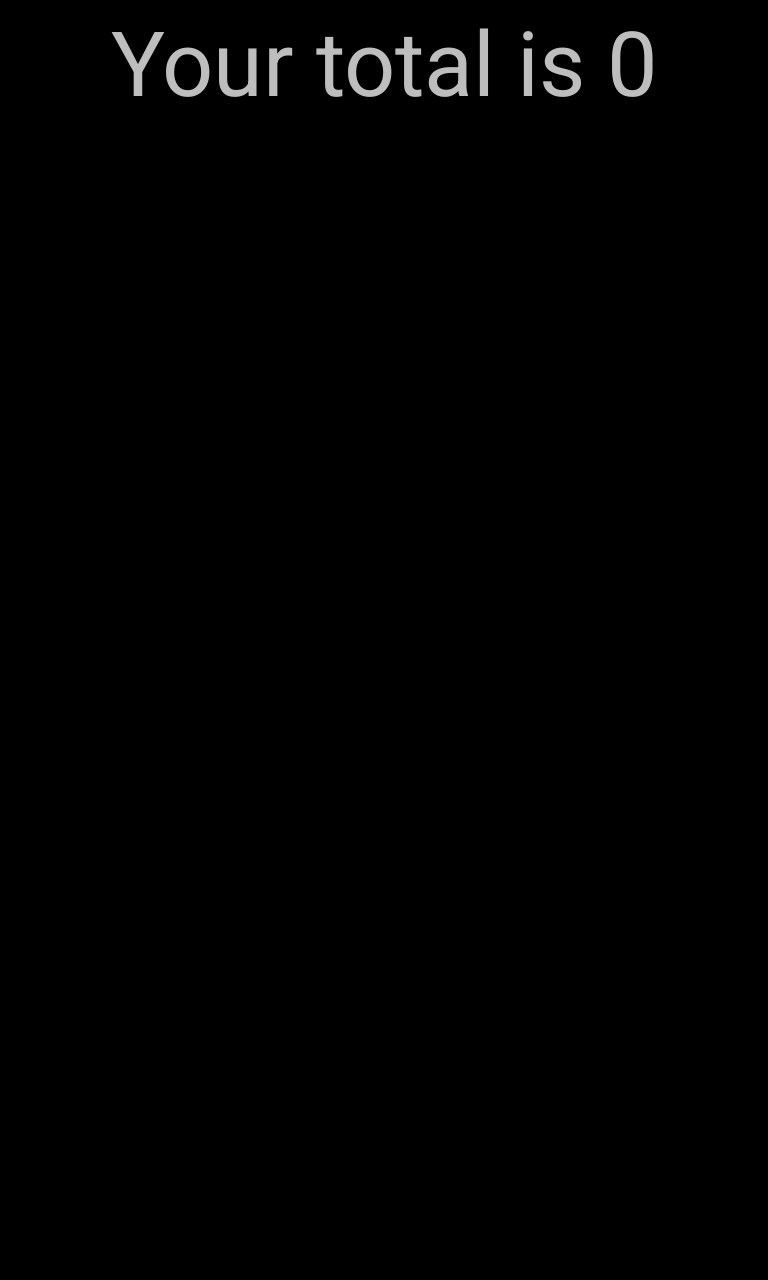
Repository: lcbasu/android
Layout: adt/TheNewBoston/res/layout/activity_starting_point.xml
These files come from the project's save history. The layout is drawn as it stood at one moment and after the next save; the edit follows.
It is drawn on a 768 x 1280 px phone screen (xhdpi) without system bars, with theme android:Theme; the app's code is not run.

Above is the layout before, as saved 2014-05-18 04:26:26.

### adt/TheNewBoston/res/layout/activity_starting_point.xml
<?xml version="1.0" encoding="utf-8"?>
<LinearLayout xmlns:android="http://schemas.android.com/apk/res/android"
    android:layout_width="fill_parent"
    android:layout_height="fill_parent"
    android:orientation="vertical" >

    <TextView
        android:layout_width="fill_parent"
        android:layout_height="wrap_content"
        android:text="Your total is 0"
        android:textSize="45sp"
        android:layout_gravity="center"
        android:gravity="center" />

</LinearLayout>

After the next save:
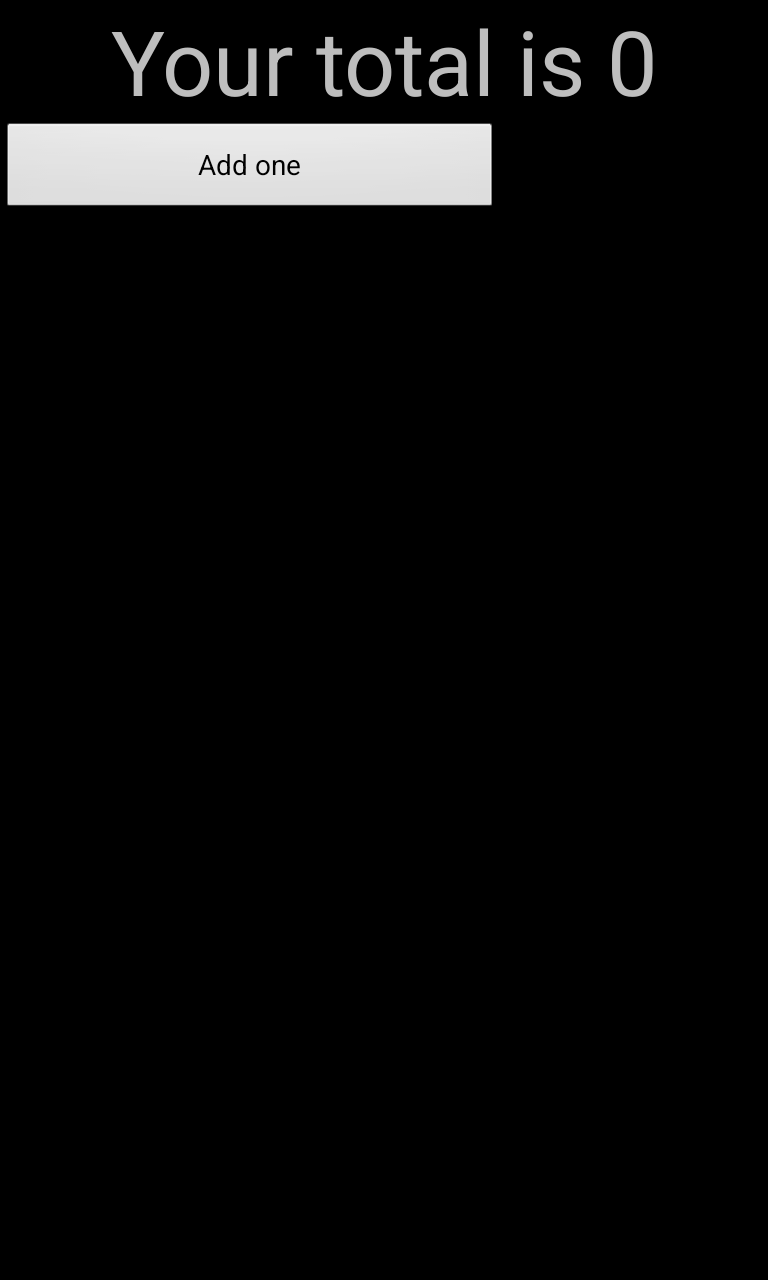
Saved 107 s later.
--- a/adt/TheNewBoston/res/layout/activity_starting_point.xml
+++ b/adt/TheNewBoston/res/layout/activity_starting_point.xml
@@ -11,5 +11,9 @@
         android:textSize="45sp"
         android:layout_gravity="center"
         android:gravity="center" />
+    <Button
+        android:layout_width="250dp"
+        android:layout_height="wrap_content"
+        android:text="Add one" />
 
 </LinearLayout>
